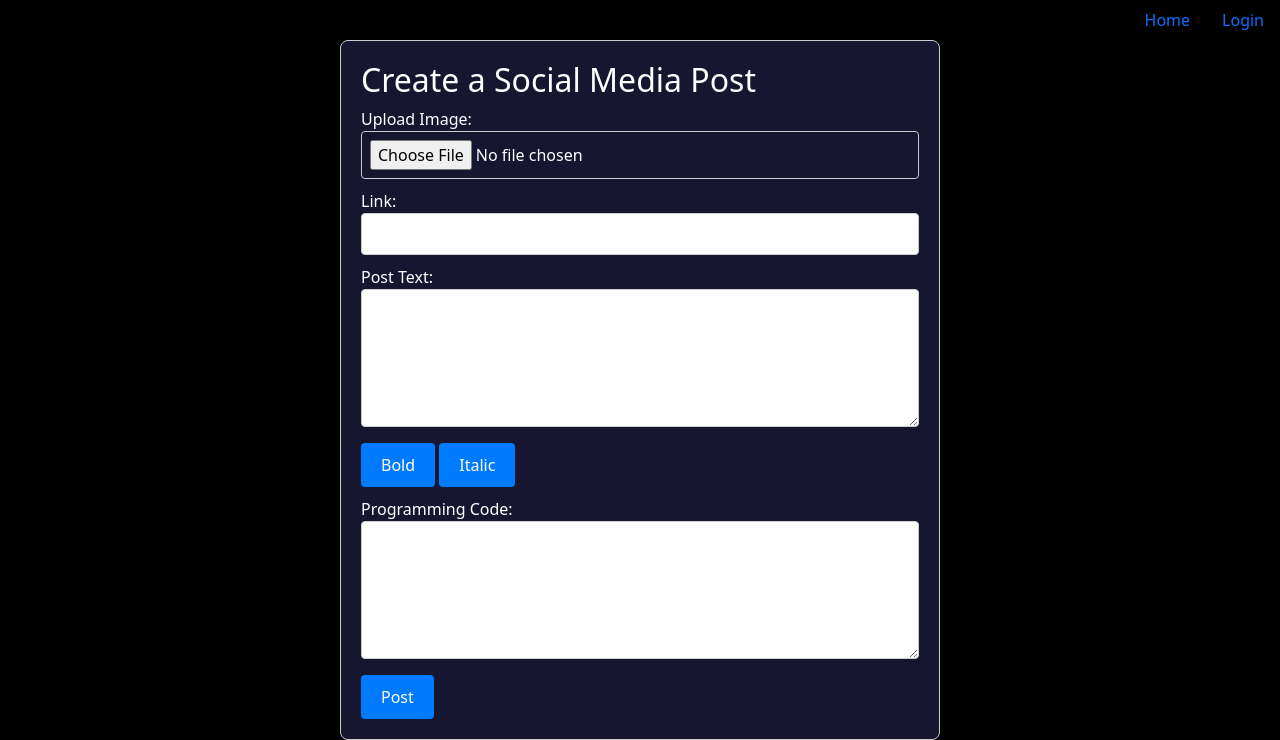
Repository: jaseem1999/sdCommunity
Page: http://localhost/sdCommunity/UserPost.jsp
An editor plug-in stored every save of this project. The page is shown before and after the next save, followed by the edit.
The browser window is 1280 px wide. The pictures show the whole page.
The page is served by Tomcat 9. Other server files are loaded and not shown.

Above is the page before, as saved 2023-09-29 14:50:42.

### sdCommunity/src/main/webapp/UserPost.jsp
<%@ page language="java" contentType="text/html; charset=ISO-8859-1"
    pageEncoding="ISO-8859-1"%>
<%

Integer id =(Integer)session.getAttribute("uid");
String fname=(String)session.getAttribute("fname");
String lname=(String)session.getAttribute("lname");
String email=(String)session.getAttribute("email");
Integer num=(Integer)session.getAttribute("num");
String company = (String) session.getAttribute("company");
String github = (String) session.getAttribute("github");
String linkedin = (String) session.getAttribute("linkedin");
String website = (String) session.getAttribute("website");
String nation = (String) session.getAttribute("nation");
String gender = (String) session.getAttribute("gender");
String about = (String) session.getAttribute("about");
String college = (String) session.getAttribute("college");
String position = (String) session.getAttribute("position");

%>

<!DOCTYPE html>
<html lang="en">
<head>
<meta charset="UTF-8">
<link href="https://cdn.jsdelivr.net/npm/bootstrap@5.2.3/dist/css/bootstrap.min.css" rel="stylesheet" integrity="sha384-rbsA2VBKQhggwzxH7pPCaAqO46MgnOM80zW1RWuH61DGLwZJEdK2Kadq2F9CUG65" crossorigin="anonymous">
<script src="https://cdn.jsdelivr.net/npm/bootstrap@5.2.3/dist/js/bootstrap.bundle.min.js" integrity="sha384-kenU1KFdBIe4zVF0s0G1M5b4hcpxyD9F7jL+jjXkk+Q2h455rYXK/7HAuoJl+0I4" crossorigin="anonymous"></script>
<title>Post</title>
<style>

    .post-form {
        max-width: 600px;
        margin: auto;
        padding: 20px;
        background-color: #5f5fd13b;
        border: 1px solid #ccc;
        border-radius: 8px;
        box-shadow: 0 2px 4px rgba(0,0,0,0.1);
    }
    input, textarea, select {
        width: 100%;
        padding: 8px;
        margin-bottom: 10px;
        border: 1px solid #ccc;
        border-radius: 4px;
        box-sizing: border-box;
    }
    button {
        padding: 10px 20px;
        background-color: #007bff;
        color: #fff;
        border: none;
        border-radius: 4px;
        cursor: pointer;
    }
    button:hover {
        background-color: #0056b3;
    }
    .format-options {
        margin-bottom: 10px;
    }
    .post-display {
        margin-top: 20px;
        border: 1px solid #ccc;
        padding: 10px;
        background-color: #fff;
        border-radius: 8px;
    }
</style>
</head>
<body style="background-color: black; color: white;">
<div class="modal fade" id="exampleModal" tabindex="-1" aria-labelledby="exampleModalLabel" aria-hidden="true">
		  <div class="modal-dialog" style="color: black;">
		    <div class="modal-content">
		      <div class="modal-header">
		        <h1 class="modal-title fs-5" id="exampleModalLabel">Modal title</h1>
		        <button type="button" class="btn-close" data-bs-dismiss="modal" aria-label="Close"></button>
		      </div>
		      <form action="settingsAccess" method="post">
		      <div class="modal-body">
		        <div class="mb-3">
    				<label for="exampleInputPassword1" class="form-label">Password</label>
    				<input type="password" class="form-control" id="exampleInputPassword1" name="exampleInputPassword1">
  				</div>
		      </div>
		      <div class="modal-footer">
		        <button type="button" class="btn btn-secondary" data-bs-dismiss="modal">Close</button>
		         <input type="submit" class="btn btn-primary" value="OK">
		      </div>
		      </form>
		    </div>
		  </div>
		</div>

	<ul class="nav justify-content-end ">
		<li class="nav-item">
		    	<a class='nav-link' href='UserHome.jsp'>Home</a>
		  </li>
		  <li class="nav-item">
		    <%
		  	if (email != null){
		  		out.print("<a class='nav-link' href=''>Post</a>");
		  	}else{
		  		out.print("");
		  	}
		  %>
		  </li>
		  <li class="nav-item">
		    <%
		  	if (email != null){
		  		out.print("<a class='nav-link' href=''>Followers</a>");
		  	}else{
		  		out.print("");
		  	}
		  %>
		  </li>
		  <li class="nav-item">
		    <%
		  	if (email != null){
		  		out.print("<a class='nav-link' href=''>Chat</a>");
		  	}else{
		  		out.print("");
		  	}
		  %>
		  </li>

		  <li class="nav-item">
		   <%
		  	if (email != null){
		  		out.print("<a class='nav-link' data-bs-toggle='modal' data-bs-target='#exampleModal'>Settings</a>");
		  	}else{
		  		out.print("");
		  	}
		  %>
		  </li>
		  <li class="nav-item">
		  <%
		  	if (email != null){
		  		if (company != null){
		  			out.print("<a class='nav-link' href='viewProfile.jsp'>Profile</a>");
		  		}
		  		else{
		  			out.print("<a class='nav-link' href='profile.jsp'>Profile</a>");
		  		}

		  	}else{
		  		out.print("<a class='nav-link' href='Login.jsp'>Login</a>");
		  	}
		  %>
		  </li>

		  <li class="nav-item">
		    <%
		  	if (email != null){
		  		out.print("<a class='nav-link' href='logout.jsp'>Logout</a>");
		  	}else{
		  		out.print("");
		  	}
		  %>
		  </li>
		  <li class="nav-item">
		  <%
		  	if (email != null){
		  		if (company != null){
		  			out.print("<a class='nav-link' href='viewProfile.jsp'><img alt='' src='image?id="+id+"' style=' width: 35px; border-radius: 50%; height: 35px;border: 1px solid white;'/></a>");
		  		}
		  		else{
		  			out.print("<a class='nav-link' href='viewProfile.jsp'><img alt='' src='./homecss/img/User-Profile.png'style=' width: 35px; border-radius: 50%; height: 35px;border: 1px solid white;'/></a>");
		  		}
		  	}else{
		  		out.print("");
		  	}
		  %>
		  </li>
	</ul>


    <div class="post-form">
        <h2>Create a Social Media Post</h2>
        <form>
            <label for="image">Upload Image:</label>
            <input type="file" id="image" name="image" accept="image/*"><br>

            <label for="link">Link:</label>
            <input type="url" id="link" name="link"><br>

            <label for="text">Post Text:</label>
            <textarea id="text" name="text" rows="5"></textarea><br>

            <div class="format-options">
                <button type="button" onclick="makeBold()">Bold</button>
                <button type="button" onclick="makeItalic()">Italic</button>
            </div>

            <label for="code">Programming Code:</label>
            <textarea id="code" name="code" rows="5"></textarea><br>

            <button type="submit">Post</button>
        </form>
    </div>


    <script>
        function makeBold() {
            var textarea = document.getElementById('text');
            var selectedText = textarea.value.substring(textarea.selectionStart, textarea.selectionEnd);
            var beforeText = textarea.value.substring(0, textarea.selectionStart);
            var afterText = textarea.value.substring(textarea.selectionEnd);
            textarea.value = beforeText + '<b>' + selectedText + '</b>' + afterText;
        }

        function makeItalic() {
            var textarea = document.getElementById('text');
            var selectedText = textarea.value.substring(textarea.selectionStart, textarea.selectionEnd);
            var beforeText = textarea.value.substring(0, textarea.selectionStart);
            var afterText = textarea.value.substring(textarea.selectionEnd);
            textarea.value = beforeText + '<i>' + selectedText + '</i>' + afterText;
        }
        var image = document.getElementById('image').value;
        var link = document.getElementById('link').value;
        var text = document.getElementById('text').value;
        var code = document.getElementById('code').value;
        var codeLength = code.length;
        console.log("The length of the code is:", codeLength);

     </script>
</body>
</html>

After the next save:
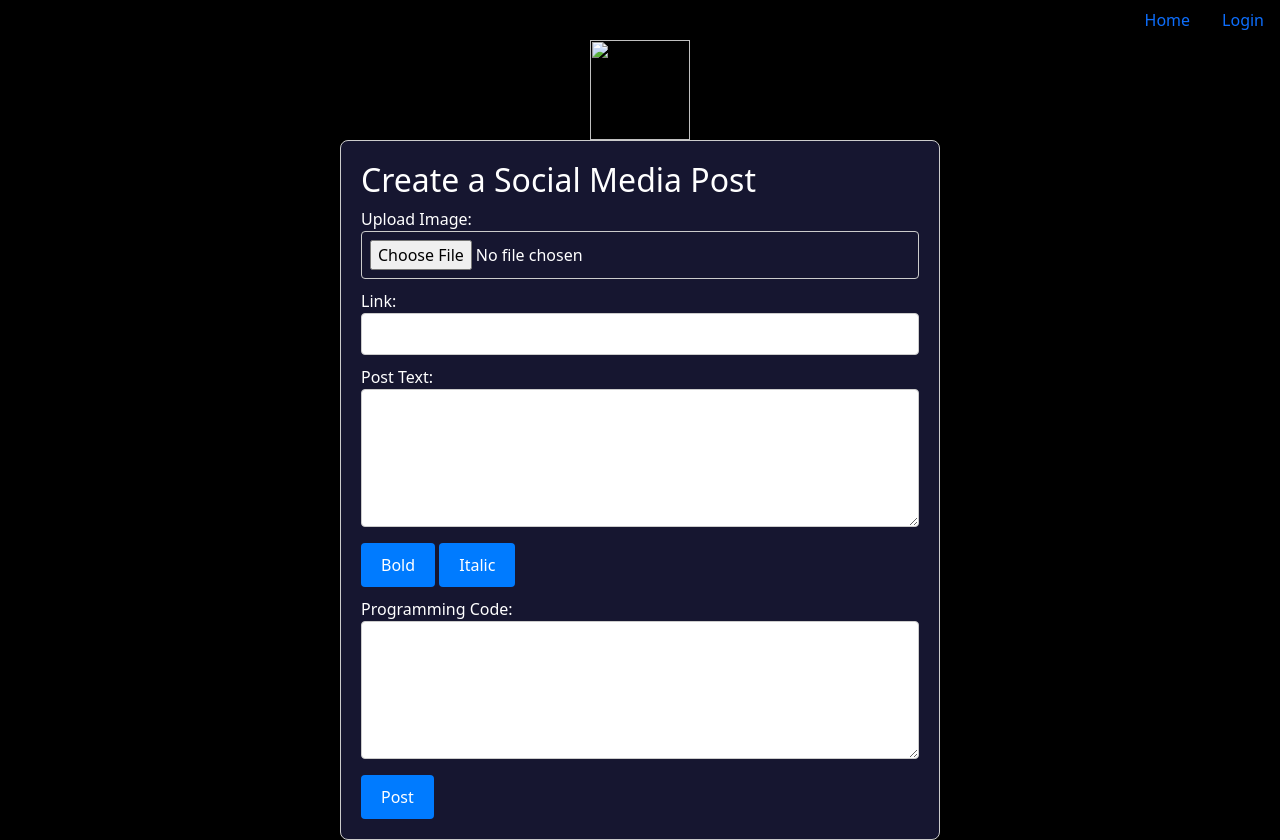
Saved 4 min 13 s later.
--- a/sdCommunity/src/main/webapp/UserPost.jsp
+++ b/sdCommunity/src/main/webapp/UserPost.jsp
@@ -66,6 +66,14 @@ String position = (String) session.getAttribute("position");
         background-color: #fff;
         border-radius: 8px;
     }
+    .profileImg{
+		width: 70px;
+		height: 100px;
+		border: 1 solid white;
+	}
+	#center{
+		text-align: center;
+	}
 </style>
 </head>
 <body style="background-color: black; color: white;">
@@ -174,6 +182,9 @@ String position = (String) session.getAttribute("position");
 		  </li>
 	</ul>
 
+	<div id="center">
+	 <img class="profileImg" alt="" src="" id="updatedImg" style="width: 100px;"/><br>
+    </div>
 
     <div class="post-form">
         <h2>Create a Social Media Post</h2>
